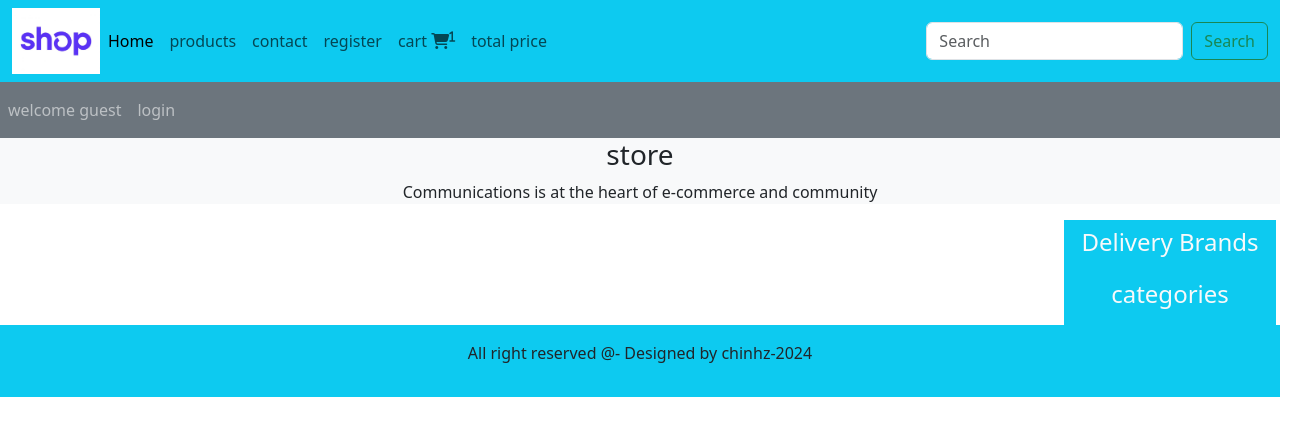
Repository: hahuuchinh2501/ecommerce_web
Page: http://localhost/display_all.php
These files come from the project's save history. The page is drawn as it stood at one moment and after the next save; the edit follows.
The browser window is 1280 px wide. The page is 1292 px wide, then 1280 px, then 1292 px, so the pictures cover 1292 px, including what lies to the right of the window. The pictures show the whole page.
The page is run by PHP 8.4 with error messages shown; the project is at /var/www/html/. Queries for data that is not in the repository find no rows.

Above is the page before, as saved 2025-02-06 20:08:44.

After the next save:
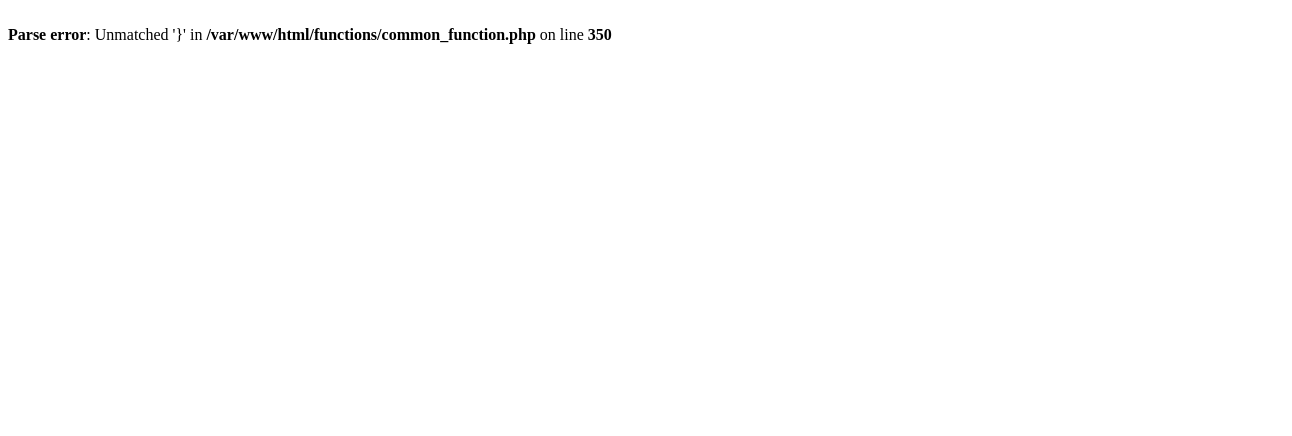
Saved 35 min 44 s later.
--- a/functions/common_function.php
+++ b/functions/common_function.php
@@ -329,5 +329,25 @@
     }
 }
 
+// cart item
+function cart_item() {
+     if (isset($_GET['add_to_cart'])) {
+        global $con;
+        $get_ip_add = getIPAddress();
+
+        $select_query = "Select * from `cart_details` where ip_address='$get_ip_add'";
+        $result_query = mysqli_query($con, $select_query);
+        $count_cart_items = mysqli_num_rows($result_query);
+        } else {
+           global $con;
+        $get_ip_add = getIPAddress();
+
+        $select_query = "Select * from `cart_details` where ip_address='$get_ip_add'";
+        $result_query = mysqli_query($con, $select_query);
+        $count_cart_items = mysqli_num_rows($result_query);
+        }
+    }
+}
+
 
 ?>

After the save that followed:
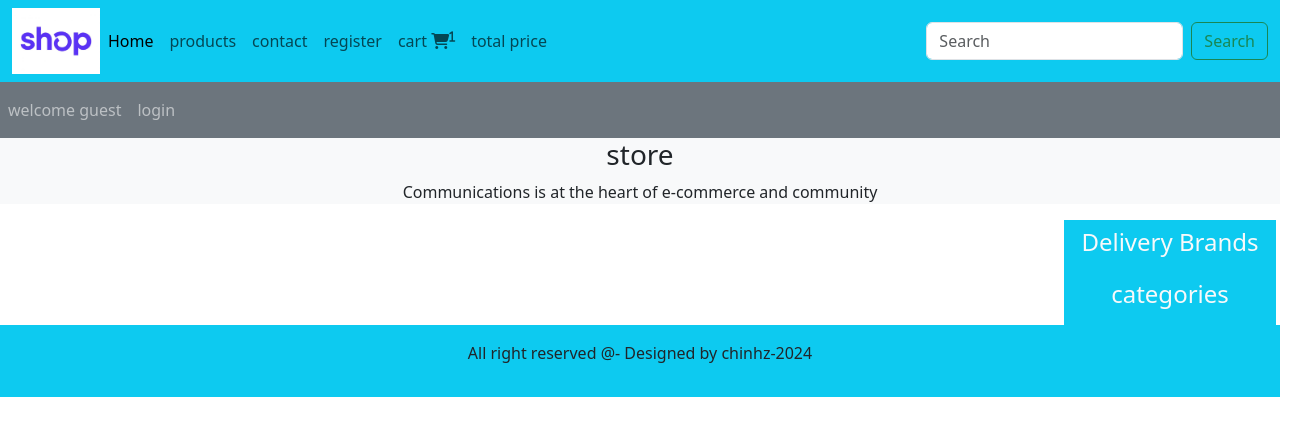
Saved 6 s later.
--- a/functions/common_function.php
+++ b/functions/common_function.php
@@ -330,24 +330,25 @@
 }
 
 // cart item
-function cart_item() {
-     if (isset($_GET['add_to_cart'])) {
+function cart_item()
+{
+    if (isset($_GET['add_to_cart'])) {
         global $con;
         $get_ip_add = getIPAddress();
 
         $select_query = "Select * from `cart_details` where ip_address='$get_ip_add'";
         $result_query = mysqli_query($con, $select_query);
         $count_cart_items = mysqli_num_rows($result_query);
-        } else {
-           global $con;
+    } else {
+        global $con;
         $get_ip_add = getIPAddress();
 
         $select_query = "Select * from `cart_details` where ip_address='$get_ip_add'";
         $result_query = mysqli_query($con, $select_query);
         $count_cart_items = mysqli_num_rows($result_query);
-        }
-    }
-}
+    }
+}
+
 
 
 ?>
